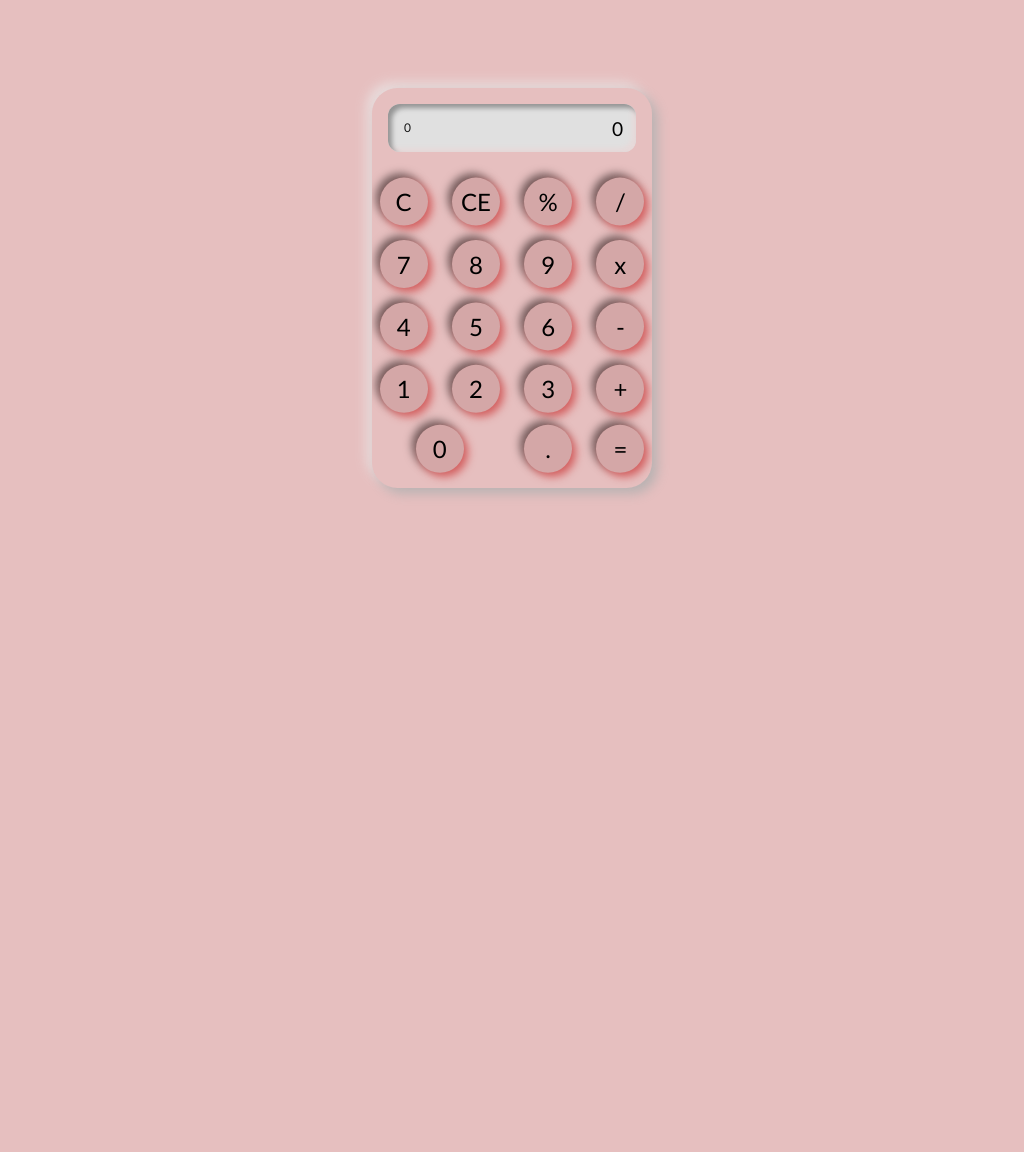
Repository: Goldmyn/Calculator
Page: index.html
These files come from the project's save history. The page is drawn as it stood at one moment and after a run of saves; the edit follows.
The browser window is 1280 px wide. The pictures show the whole page, at 80% of full size.

Above is the page before, as saved 2022-09-28 04:32:06.

After the next 3 saves:
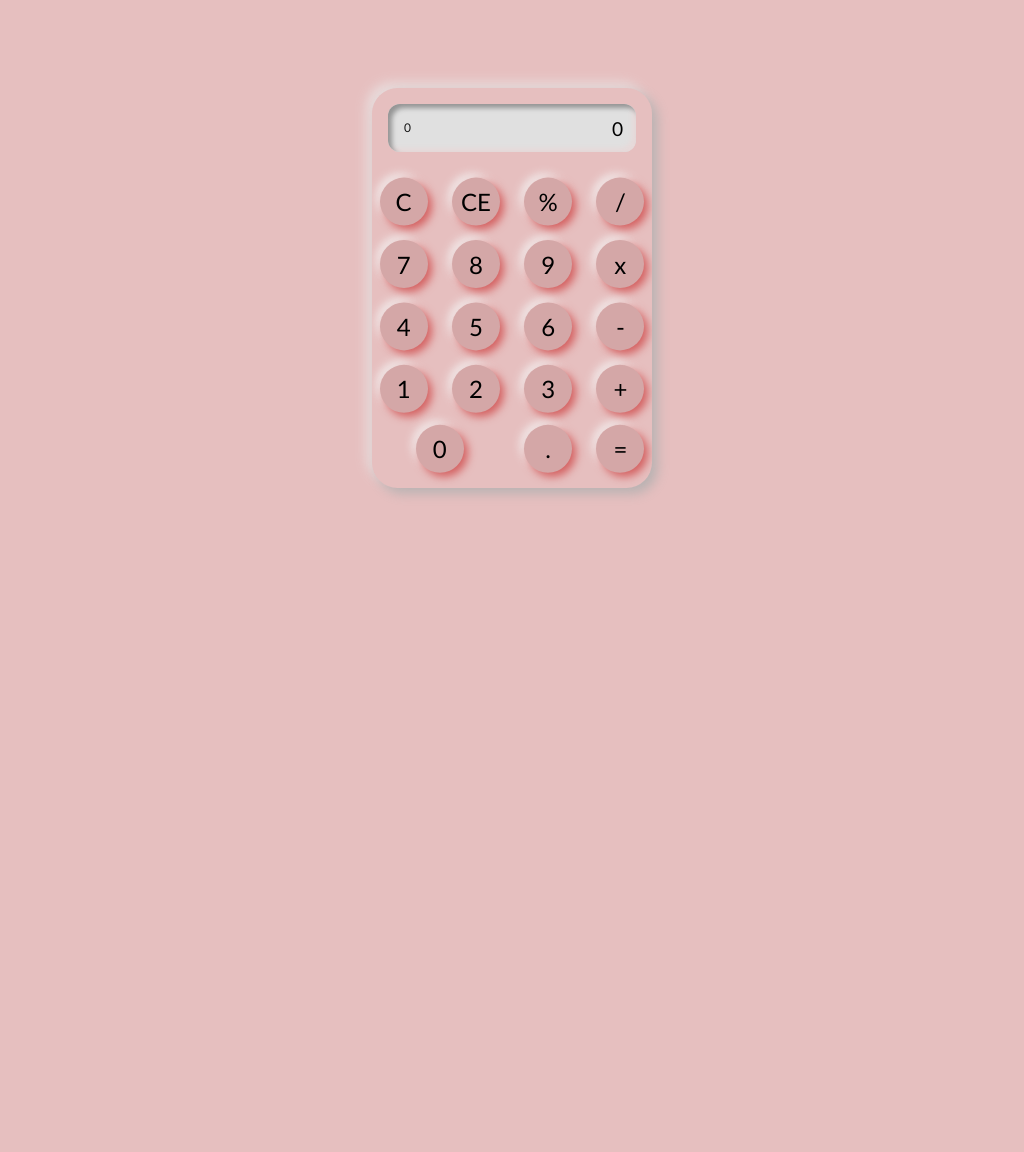
The 3 saves are shown as one change because they came seconds apart.
The last was saved 10 s later.
--- a/index.css
+++ b/index.css
@@ -81,7 +81,7 @@
     cursor: pointer;
     border-radius: 100px;
     background: #d4a7a7;
-    box-shadow: 5px 5px 11px #d45f5f, -5px -5px 11px #705a5a;
+    box-shadow: 5px 5px 11px #d45f5f, -5px -5px 11px #f1eaea;
   }
   .button:hover {
     background-color: rgb(30, 43, 46);
